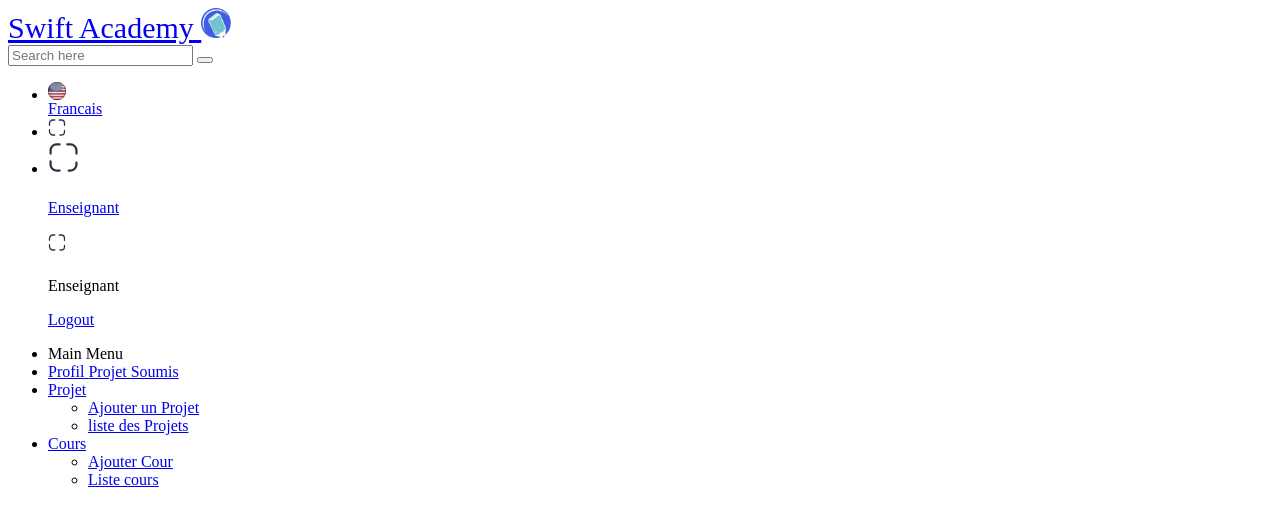
Repository: djadame/Projet
Page: templates/_partiels/nav.html
An editor plug-in stored every save of this project. The page is shown before and after the next save, followed by the edit.
The browser window is 1280 px wide. The pictures show the whole page.
The page is served by the project's application, run on Django 4.2 (manage.py). The template is opened directly, without the code that normally fills it, so the values that code supplies are empty.

Above is the page before, as saved 2023-08-23 01:22:40.

After the next save:
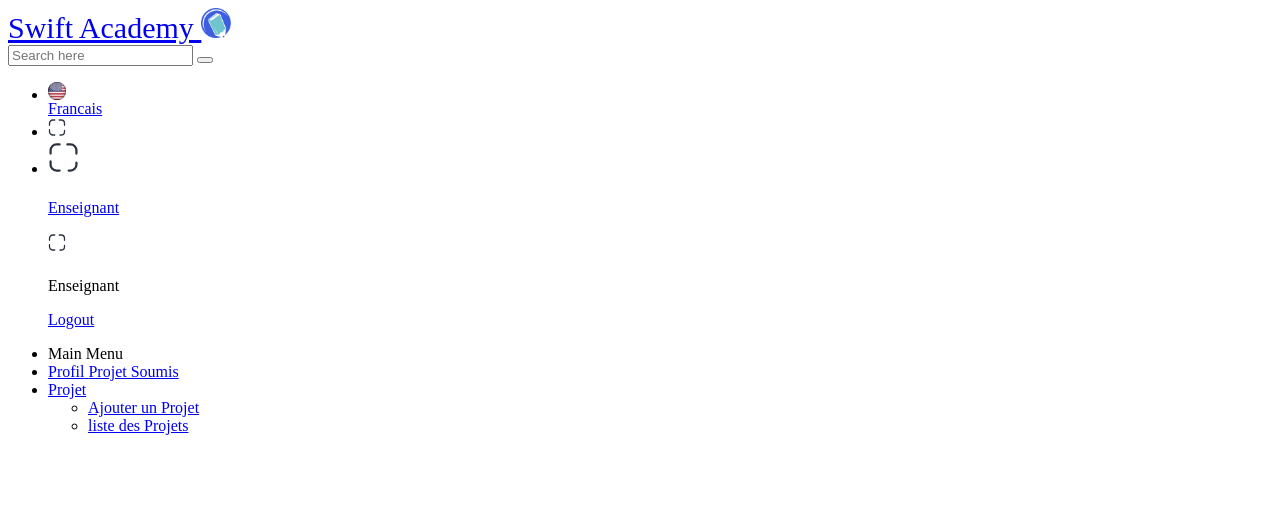
Saved 10 s later.
--- a/templates/_partiels/nav.html
+++ b/templates/_partiels/nav.html
@@ -109,15 +109,7 @@
 
                       </ul>
                   </li>
-                  <li class="submenu">
-                      <a href="#"><i class="fas fa-chalkboard-teacher"></i> <span>Cours</span> <span
-                              class="menu-arrow"></span></a>
-                      <ul>
-                          <li><a href="{% url 'ajouter_cour' %}">Ajouter Cour</a></li>
-                          <li><a href="{% url 'liste_cour' %}">Liste cours</a></li>
 
-                      </ul>
-                  </li>
 
 
 
